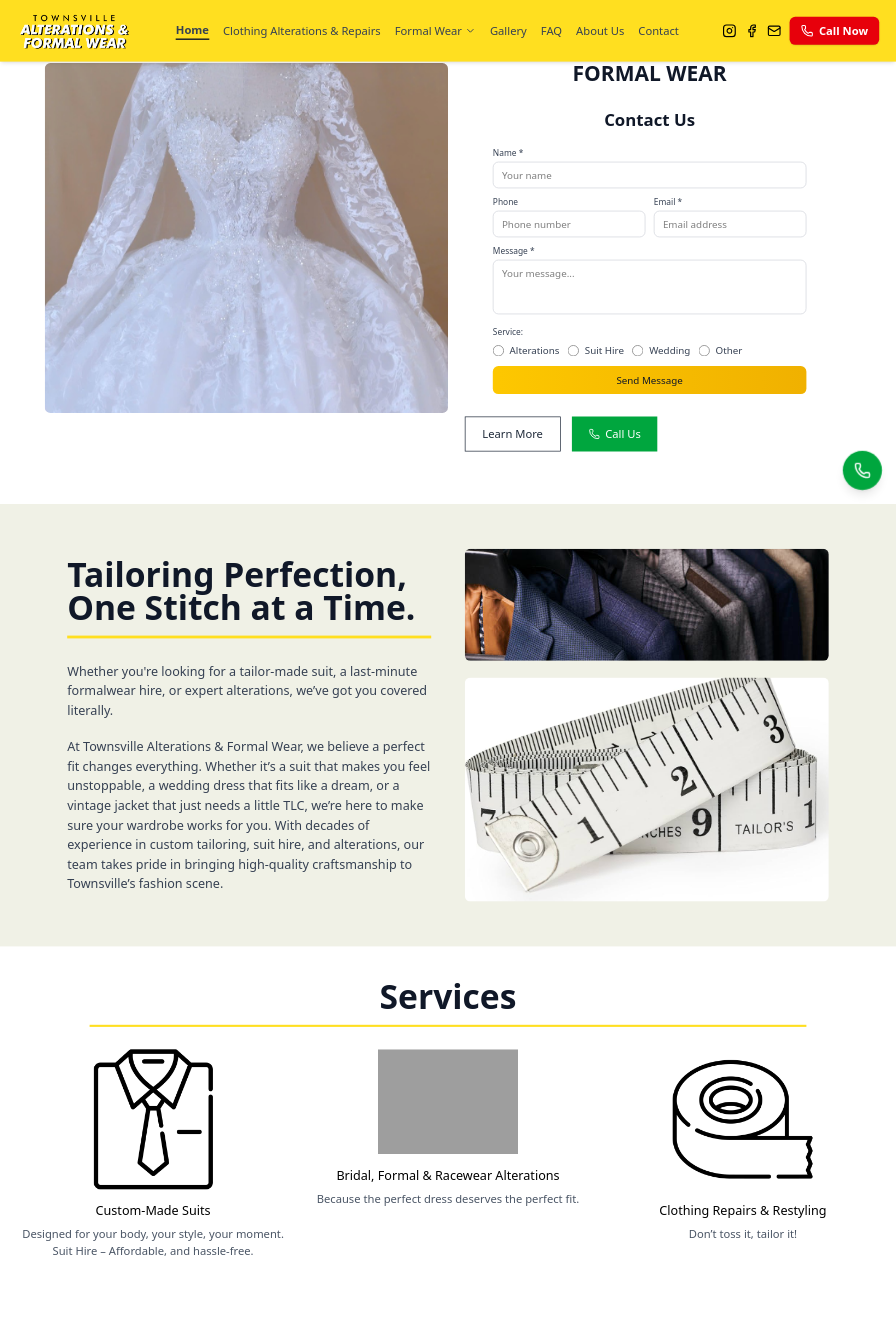
Repository: tarekhasan1/townsville-alteration
Page: /
An editor plug-in stored every save of this project. The page is shown before and after the next save, followed by the edit.
The browser window is 1280 px wide. The pictures show the part of the page from y = 0 to 1920 px (the page is 3274 px tall), at 70% of full size.
Pictures or frames that could not be fetched are drawn as grey boxes. The page's requests for data from a server got no answer. The project was rebuilt for these pictures with package versions that can differ from the ones it lists, and the page was loaded fresh each time. The framework's server and built-in components were replaced by stand-ins that run in the browser. No one was signed in, and anything a server would have sent is missing. Also part of the build but not shown: next.config.ts.

Above is the page before, as saved 2026-01-31 10:57:22.

### src/app/layout.tsx
import type { Metadata } from "next";
import Script from "next/script";
import "./globals.css";
import LayoutShell from "@/components/LayoutShell";
import FloatingCallButton from "@/components/FloatingCallButton";
import AnalyticsTracker from "@/components/AnalyticsTracker";

export const metadata: Metadata = {
  title: "Townsville Alterations and Formal Wear | Tailoring, Suit Hire, Alterations",
  description:
    "Townsville Alterations and Formal Wear - Reinvent Your Wardrobe. Hire or tailor-make outfits that turn heads. Expert suit hire, bridal alterations, and tailoring in Townsville.",
  keywords:
    "Townsville Tailoring, Formal Wear Townsville, Suit Hire, Alterations, Wedding Dress Alterations, Custom Tailoring",
  authors: [{ name: "Townsville Alterations & Formal Wear" }],
  creator: "Townsville Alterations & Formal Wear",
  publisher: "Townsville Alterations & Formal Wear",
  robots: "index, follow",
  icons: "/logo.png",
};

export default function RootLayout({
  children,
}: {
  children: React.ReactNode;
}) {
  return (
    <html lang="en">
      <head>
        {/* Google Tag Manager */}
        <Script
          id="gtm-script"
          strategy="afterInteractive"
          dangerouslySetInnerHTML={{
            __html: `
              (function(w,d,s,l,i){w[l]=w[l]||[];
              w[l].push({'gtm.start': new Date().getTime(),event:'gtm.js'});
              var f=d.getElementsByTagName(s)[0],
              j=d.createElement(s),dl=l!='dataLayer'?'&l='+l:'';
              j.async=true;j.src=
              'https://www.googletagmanager.com/gtm.js?id='+i+dl;
              f.parentNode.insertBefore(j,f);
              })(window,document,'script','dataLayer','GTM-WH7KD8GK');
            `,
          }}
        />
        {/* End Google Tag Manager */}
      </head>

      <body>
        {/* Google Tag Manager (noscript) */}
        <noscript>
          <iframe
            src="https://www.googletagmanager.com/ns.html?id=GTM-WH7KD8GK"
            height="0"
            width="0"
            style={{ display: "none", visibility: "hidden" }}
          />
        </noscript>
        {/* End Google Tag Manager (noscript) */}
        <AnalyticsTracker />

        <LayoutShell>{children}</LayoutShell>

        {/* Global Floating Call Button */}
        <FloatingCallButton />
      </body>
    </html>
  );
}

### src/app/page.tsx
import BannerCarousel from "@/components/BannerCarousel";
import LatestCollection from "@/components/LatestCollection";
import ServicesSection from "@/components/ServicesSection";
import SuitsForSaleSection from "@/components/SuitForSaleSection";
import TailoringSection from "@/components/TailoringSection";

export default function Home() {
  return (
    <div>
      <BannerCarousel/>
      <TailoringSection/>
      <ServicesSection/>
      <LatestCollection/>
      <SuitsForSaleSection/>
    </div>
  );
}

### src/app/globals.css
@import "tailwindcss";

:root {
  --background: #ffffff;
  --foreground: #171717;
}

### src/components/LayoutShell.tsx
// components/LayoutShell.tsx
'use client';

import { usePathname } from 'next/navigation';
import Navbar from '@/components/Navbar';
import ContactSection from '@/components/ContactSection';
import DevelopedBy from '@/components/DevelopedBy';

export default function LayoutShell({ children }: { children: React.ReactNode }) {
  const pathname = usePathname();
  const isAdminRoute = pathname.startsWith('/admin');

  return (
    <>
      {!isAdminRoute && <Navbar />}
      {children}
      {!isAdminRoute && (
        <>
          <ContactSection />
          <DevelopedBy />
        </>
      )}
    </>
  );
}

### src/components/FloatingCallButton.tsx
'use client';

import { Phone } from 'lucide-react';

export default function FloatingCallButton() {
  return (
    <a
      href="tel:0421929683" // <-- replace with real number
      aria-label="Call us now"
      className="
        fixed
        bottom-5
        right-5
        z-50
        flex
        items-center
        justify-center
        w-14
        h-14
        rounded-full
        bg-green-600
        text-white
        shadow-lg
        hover:bg-green-700
        active:scale-95
        transition
      "
    >
      <Phone className="w-6 h-6" />
    </a>
  );
}

### src/components/AnalyticsTracker.tsx
/* eslint-disable @typescript-eslint/no-explicit-any */
"use client";

import { usePathname } from "next/navigation";
import { useEffect } from "react";

declare global {
  interface Window {
    dataLayer: any[];
  }
}

export default function AnalyticsTracker() {
  const pathname = usePathname();

  useEffect(() => {
    if (typeof window === "undefined") return;
    if (!window.dataLayer) return;

    window.dataLayer.push({
      event: "pageview",
      page_path: pathname,
    });
  }, [pathname]);

  return null;
}

### src/components/BannerCarousel.tsx
"use client";
import { useState, useEffect } from "react";
import Image from "next/image";
import Link from "next/link";
import { Phone } from "lucide-react";
import ContactForm from "@/components/ContactForm"; // Import the form

const images = [
  "/3.jpeg",
  "/4.jpeg",
  "/5.jpeg",
  "/6.jpeg",
  "/8.jpeg",
  "/9.jpeg",
  "/12.jpeg",
  "/13.jpeg",
];

const BannerCarousel = () => {
  const [currentIndex, setCurrentIndex] = useState(0);

  useEffect(() => {
    const interval = setInterval(() => {
      setCurrentIndex((prevIndex) => (prevIndex + 1) % images.length);
    }, 5000);
    return () => clearInterval(interval);
  }, []);

  return (
    <div className="relative w-full min-h-[100vh] flex flex-col lg:flex-row items-center bg-white px-4 pt-[120px] lg:pt-0 lg:px-16 py-10">
      {/* Left Column - Image Carousel */}
      <div className="relative w-full lg:w-1/2 h-96 lg:h-[500px] overflow-hidden">
        {images.map((src, index) => (
          <Image
            key={index}
            src={src}
            alt={`Townsville Alterations & Formal Wear Image ${index + 1}`}
            fill
            className={`absolute inset-0 transition-opacity duration-1000 rounded-lg ${
              index === currentIndex ? "opacity-100" : "opacity-0"
            } object-cover`}
          />
        ))}
      </div>

      {/* Right Column - Content with Contact Form */}
      <div className="w-full lg:w-1/2 text-center lg:text-left mt-6 lg:mt-0 px-6">
        {/* <h2 className="text-gray-800 text-lg uppercase tracking-wider text-center font-medium">
          Reinvent Your Wardrobe. Or Hire One That Turns Heads.
        </h2> */}

        <h2 className="text-2xl lg:text-3xl font-semibold text-center uppercase text-gray-900 mt-4">
          Townsville Alterations & Formal Wear
        </h2>

        {/* Contact Form Integrated Here */}
        <div className="mt-8">
          <ContactForm />
        </div>

        {/* CTA Buttons */}
        <div className="mt-8 flex flex-col sm:flex-row gap-4 sm:justify-center lg:justify-start">
          {/* Learn More */}
          <Link
            href="/about-us"
            aria-label="Learn more about Townsville Alterations and Formal Wear"
            className="border border-gray-800 px-6 py-3 text-gray-800 hover:bg-yellow-300 hover:text-gray-900 transition-all text-center"
          >
            Learn More
          </Link>

          {/* Call Us */}
          <a
            href="tel:0421929683"
            aria-label="Call Townsville Alterations and Formal Wear"
            className="hidden md:flex items-center justify-center gap-2 bg-green-600 px-6 py-3 text-white hover:bg-green-700 transition-all"
          >
            <Phone className="w-4 h-4" />
            Call Us
          </a>
        </div>
      </div>
    </div>
  );
};

export default BannerCarousel;

### src/components/LatestCollection.tsx
// components/LatestCollection.tsx
'use client';

import ImageGallery from "@/components/ImageGallery";

export default function LatestCollection() {
  return (
    <section id="latest-collection">
      <ImageGallery
        collection="featured"
        title="Latest Collection"
        description="Explore our freshest styles and most popular looks—handpicked for your standout moments."
        itemsPerPage={6}
        showExploreButton={true}
      />
    </section>
  );
}

### src/components/ServicesSection.tsx
import Image from "next/image";

const services = [
  {
    icon: "/shirt-icon.png", // Replace with actual icon path
    title: "Custom-Made Suits",
    description: "Designed for your body, your style, your moment. Suit Hire – Affordable, and hassle-free."
  },
  {
    icon: "/dress-icon.png", // Replace with actual icon path
    title: "Bridal, Formal & Racewear Alterations",
    description: "Because the perfect dress deserves the perfect fit."
  },
  {
    icon: "/tape-icon.png", // Replace with actual icon path
    title: "Clothing Repairs & Restyling",
    description: "Don’t toss it, tailor it!"
  }
];

export default function ServicesSection() {
  return (
    <section className="py-12 text-center w-full min-h-[85vh]" aria-labelledby="services-section">
      <h2
        id="services-section"
        className="text-4xl md:text-5xl font-bold text-gray-900 mb-4"
        aria-describedby="services-description"
      >
        Services
      </h2>
      <div
        id="services-description"
        className="w-[80vw] border-b border-[2px] border-yellow-300 mx-auto mb-8"
      ></div>
      <div className="grid grid-cols-1 md:grid-cols-3 gap-8 mx-auto px-6">
        {services.map((service, index) => (
          <div key={index} className="flex flex-col items-center" aria-labelledby={`service-${index}-title`} aria-describedby={`service-${index}-desc`}>
            <Image
              src={service.icon}
              alt={service.title}
              width={200}
              height={200}
              className="mb-4"
              priority
            />
            <h3
              id={`service-${index}-title`}
              className="text-lg font-medium mb-2"
              aria-level={3}
            >
              {service.title}
            </h3>
            <p
              id={`service-${index}-desc`}
              className="text-gray-600"
              aria-labelledby={`service-${index}-title`}
            >
              {service.description}
            </p>
          </div>
        ))}
      </div>
    </section>
  );
}

### src/components/SuitForSaleSection.tsx
// components/SuitsForSaleSection.tsx
'use client';

import ImageGallery from "@/components/ImageGallery";

export default function SuitsForSaleSection() {
  return (
    <section id="suits-for-sale">
      <ImageGallery
        collection="suits"
        title="Suits – Available to Buy"
        description="Own your look — browse our premium suits crafted for fit, comfort, and standout style."
        itemsPerPage={6}
        showContactButton={true}
        contactEmail="sales@townsvillealterationsformalwear.com"
        contactSubject="Interested in Buying a Suit"
        showCallButton={true}
        phoneNumber="+04 219 29683" // Replace with actual number
        callButtonText="Call to Buy"
      />
    </section>
  );
}

### src/components/TailoringSection.tsx
/* eslint-disable react/no-unescaped-entities */
import Image from "next/image";

export default function TailoringSection() {
  return (
    <section id="tailoring-section" aria-labelledby="tailoring-section" className="bg-[#f0f1e6] py-16 px-6 md:px-16 lg:px-24">
      <div className="mx-auto grid grid-cols-1 md:grid-cols-2 gap-12 items-center">
        {/* Text Content */}
        <div>
          <h2 id="tailoring-section" className="text-4xl md:text-5xl font-bold text-gray-900 mb-4">
            Tailoring Perfection, One Stitch at a Time.
          </h2>
          <hr className="mb-4 md:mb-8 border-[2px] text-yellow-300"/>
          <p className="text-gray-700 text-lg mb-6">
            Whether you're looking for a tailor-made suit, a last-minute formalwear hire, or expert alterations, we’ve got you covered literally.
          </p>
          <p className="text-gray-700 text-lg">
            At Townsville Alterations & Formal Wear, we believe a perfect fit changes everything. Whether it’s a suit that makes you feel unstoppable, a wedding dress that fits like a dream, or a vintage jacket that just needs a little TLC, we’re here to make sure your wardrobe works for you. With decades of experience in custom tailoring, suit hire, and alterations, our team takes pride in bringing high-quality craftsmanship to Townsville’s fashion scene.
          </p>
        </div>

        {/* Image Content */}
        <div className="grid grid-cols-1 gap-6">
          <div className="relative w-full h-30 md:h-40">
            <Image
              src="/tailored-suit.jpg"
              alt="Tailored custom suits in Townsville"
              layout="fill"
              objectFit="cover"
              className="rounded-lg"
            />
          </div>
          <div className="relative w-full h-60 md:h-80">
            <Image
              src="/tape.jpg"
              alt="Measuring tape representing precision tailoring in Townsville"
              layout="fill"
              objectFit="cover"
              className="rounded-lg"
            />
          </div>
        </div>
      </div>
    </section>
  );
}

### src/components/ContactSection.tsx
'use client';

import Image from 'next/image';
import { Facebook, Instagram } from 'lucide-react';

export default function ContactSection() {
  return (
    <footer
      id="contact"
      aria-labelledby="contact-us"
      className="bg-[#f2f2e5] p-8 md:p-12 lg:p-16"
    >
      <div className="mx-auto grid grid-cols-1 md:grid-cols-2 gap-8 items-center">
        <div className="w-full h-auto relative">
          <Image
            src="/tailored-suit.jpg"
            alt="Tailored suits on hangers"
            width={600}
            height={400}
            className="rounded-lg"
            priority
          />
        </div>
        <div className="space-y-6 text-center md:text-left">
          <h2
            id="contact-us"
            className="text-4xl md:text-5xl font-bold text-gray-900 mb-4"
          >
            We&apos;d love to work with you. Call us now.
          </h2>
          <hr className="border-yellow-300 border-[2px]" />
          <div className="space-y-4 text-gray-700">
            <div>
              <h3 className="font-semibold">ADDRESS</h3>
              <p>611 Flinders Street, Townsville</p>
            </div>
            <div>
              <h3 className="font-semibold">PHONE</h3>
              <p>04 219 29683</p>
            </div>
            <div>
              <h3 className="font-semibold">EMAIL</h3>
              <p>
                <a
                  href="mailto:tranglecong2014@gmail.com"
                  className="hover:text-gray-600"
                  aria-label="Email us at sales@tsvalterationsandformalwear.com"
                >
                  tranglecong2014@gmail.com
                </a>
              </p>
            </div>
            <div>
              <h3 className="font-semibold">SOCIAL</h3>
              <div className="flex justify-center md:justify-start space-x-4 text-xl">
                <a
                  target="_blank"
                  href="https://www.facebook.com/DressmakingAlterationsTownsville"
                  aria-label="Facebook - Townsville Alterations and Formal Wear"
                  className="text-gray-800 hover:text-gray-600"
                >
                  <Facebook size={24} />
                </a>
                <a
                  target="_blank"
                  href="https://www.instagram.com/tsvalterationformal?igsh=bXJkaXp3eXN4Yml2"
                  aria-label="Instagram - Townsville Alterations and Formal Wear"
                  className="text-gray-800 hover:text-gray-600"
                >
                  <Instagram size={24} />
                </a>
              </div>
            </div>
          </div>
        </div>
      </div>
    </footer>
  );
}

### src/components/DevelopedBy.tsx
// components/DevelopedBy.js

import React from 'react';

const DevelopedBy = () => {
  return (
    <footer className="bg-gray-900 text-white text-center py-4">
      <p className="text-sm">
        Developed by{' '}
        <a
          href="https://digitalcowboy.com.au"
          className="text-yellow-400 hover:underline"
          target="_blank"
          rel="noopener noreferrer"
        >
          DigitalCowboy
        </a>
      </p>
    </footer>
  );
};

export default DevelopedBy;

### actions/client.action.ts
// lib/client.actions.ts
'use client';

import { collection, getDocs } from "firebase/firestore";
import { db } from "@/firebase/config";

export type CollectionType = 'gallery' | 'featured' | 'suits' | 'wedding-gowns';

export interface ImageData {
  id: string;
  url: string;
  fileName?: string;
  fileSize?: number;
  uploadedAt?: Date;
}

// Fetch images from a specific collection
export const fetchCollectionImages = async (collectionName: CollectionType): Promise<ImageData[]> => {
  try {
    const snapshot = await getDocs(collection(db, collectionName));
    const images = snapshot.docs.map((doc) => ({
      id: doc.id,
      url: doc.data().url as string,
      fileName: doc.data().fileName as string,
      fileSize: doc.data().fileSize as number,
      uploadedAt: doc.data().uploadedAt?.toDate() as Date,
    }));
    return images;
  } catch (error) {
    console.error(`Error fetching ${collectionName} images:`, error);
    throw new Error(`Failed to fetch ${collectionName} images`);
  }
};

// Fetch all images from all collections
export const fetchAllImages = async (): Promise<{
  gallery: ImageData[];
  featured: ImageData[];
  suits: ImageData[];
  weddingGowns: ImageData[];
}> => {
  try {
    const [gallery, featured, suits, weddingGowns] = await Promise.all([
      fetchCollectionImages('gallery'),
      fetchCollectionImages('featured'),
      fetchCollectionImages('suits'),
      fetchCollectionImages('wedding-gowns'),
    ]);

    return { gallery, featured, suits, weddingGowns };
  } catch (error) {
    console.error('Error fetching all images:', error);
    throw new Error('Failed to fetch images');
  }
};

// Fetch images with pagination
export const fetchPaginatedImages = async (
  collectionName: CollectionType,
  page: number,
  itemsPerPage: number
): Promise<{
  images: ImageData[];
  total: number;
  totalPages: number;
}> => {
  try {
    const allImages = await fetchCollectionImages(collectionName);
    const startIndex = page * itemsPerPage;
    const endIndex = startIndex + itemsPerPage;
    const paginatedImages = allImages.slice(startIndex, endIndex);
    const totalPages = Math.ceil(allImages.length / itemsPerPage);

    return {
      images: paginatedImages,
      total: allImages.length,
      totalPages,
    };
  } catch (error) {
    console.error(`Error fetching paginated ${collectionName} images:`, error);
    throw new Error(`Failed to fetch paginated ${collectionName} images`);
  }
};

### src/firebase/config.ts
// Import the functions you need from the SDKs you need
import { initializeApp } from "firebase/app";
import { getFirestore } from 'firebase/firestore';
import { getStorage } from 'firebase/storage';
// TODO: Add SDKs for Firebase products that you want to use
// https://firebase.google.com/docs/web/setup#available-libraries

// Your web app's Firebase configuration
const firebaseConfig = {
  apiKey: process.env.NEXT_PUBLIC_FIREBASE_API_KEY,
  authDomain: process.env.NEXT_PUBLIC_FIREBASE_AUTH_DOMAIN,
  projectId: process.env.NEXT_PUBLIC_FIREBASE_PROJECT_ID,
  storageBucket: process.env.NEXT_PUBLIC_FIREBASE_STORAGE_BUCKET,
  messagingSenderId: process.env.NEXT_PUBLIC_FIREBASE_MESSAGING_SENDER_ID,
  appId: process.env.NEXT_PUBLIC_FIREBASE_APP_ID
};

// Initialize Firebase
const app = initializeApp(firebaseConfig);
export const db = getFirestore(app);
export const storage = getStorage(app);

Loaded but not shown: src/components/ContactForm.tsx (255 lines, source omitted); src/components/Navbar.tsx (201 lines, source omitted); src/components/ImageGallery.tsx (227 lines, source omitted); actions/contact.action.ts (335 lines, source omitted)

After the next save:
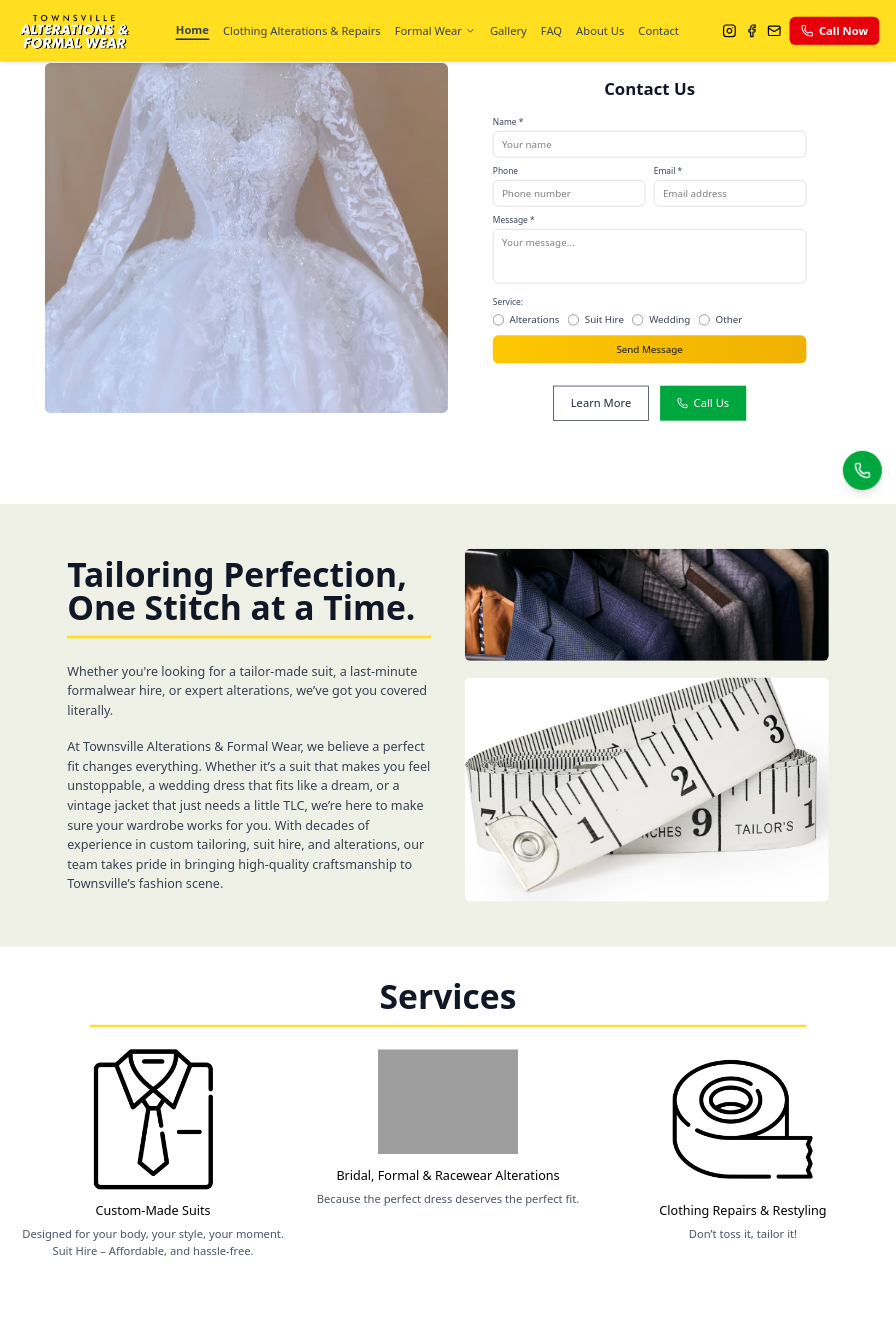
Saved 21 s later.
--- a/src/components/BannerCarousel.tsx
+++ b/src/components/BannerCarousel.tsx
@@ -49,9 +49,9 @@ const BannerCarousel = () => {
           Reinvent Your Wardrobe. Or Hire One That Turns Heads.
         </h2> */}
 
-        <h2 className="text-2xl lg:text-3xl font-semibold text-center uppercase text-gray-900 mt-4">
+        {/* <h2 className="text-2xl lg:text-3xl font-semibold text-center uppercase text-gray-900 mt-4">
           Townsville Alterations & Formal Wear
-        </h2>
+        </h2> */}
 
         {/* Contact Form Integrated Here */}
         <div className="mt-8">
@@ -59,7 +59,7 @@ const BannerCarousel = () => {
         </div>
 
         {/* CTA Buttons */}
-        <div className="mt-8 flex flex-col sm:flex-row gap-4 sm:justify-center lg:justify-start">
+        <div className="mt-8 flex flex-col sm:flex-row gap-4 sm:justify-center">
           {/* Learn More */}
           <Link
             href="/about-us"
